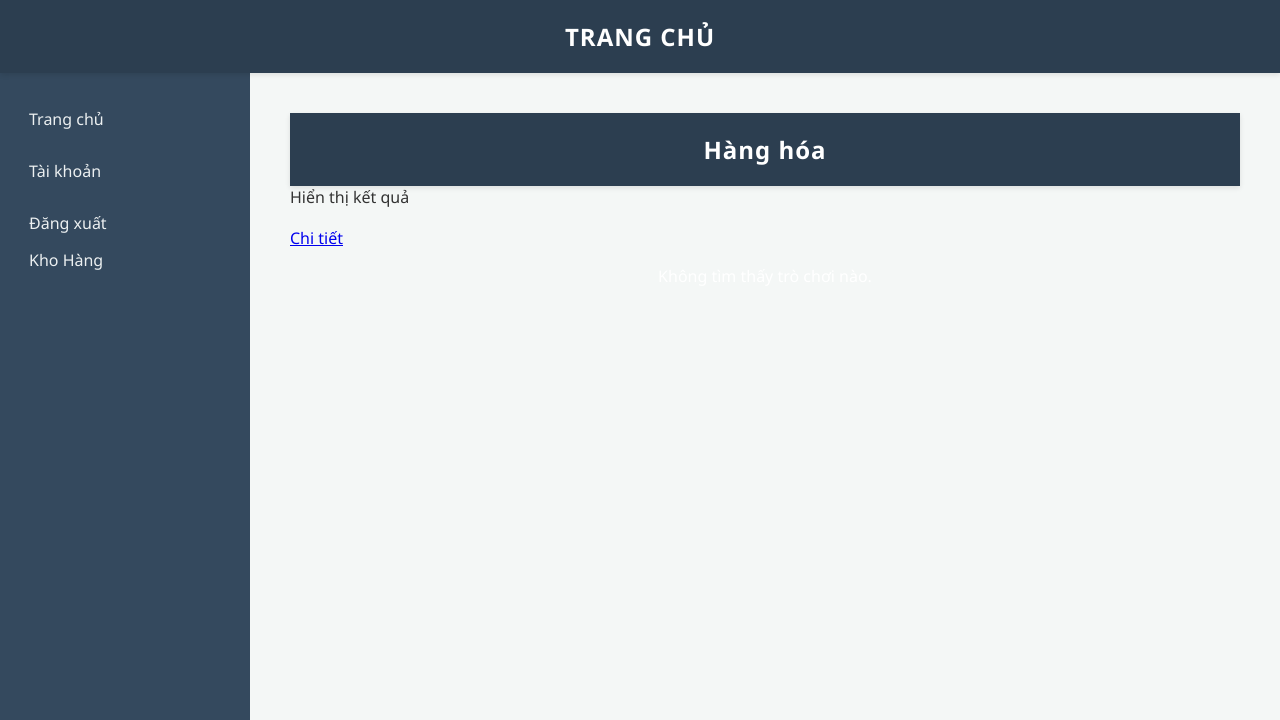
Repository: Chien02/SOAProjects
Page: http://localhost/QuanLyHangHoaWebClient/dashboard.jsp
The author's editor kept a copy of each file at every save. The page is drawn from the files as they stood at one save, then again after a run of saves.
The browser window is 1280 px wide. The pictures show the whole page.
The page is served by Tomcat 9. Nobody is signed in. The application's start-up code is not run. Other server files are loaded and not shown. The template is opened directly, without the code that normally fills it, so the values that code supplies are empty.

Above is the page before, as saved 2026-03-23 17:42:21.

### QuanLyHangHoaWebClient/WebContent/dashboard.jsp
<%@ page language="java" contentType="text/html; charset=UTF-8"
    pageEncoding="UTF-8"%>
<!DOCTYPE html>
<html>
<head>
	<meta charset="UTF-8">
	<title>KHO HANG HOA</title>
	<link rel="stylesheet" href="styles/styles.css">
</head>
<body>
	<h2>TRANG CHỦ</h2>
	<aside>
		<a href="#">Trang chủ</a>
		<a href="userInfo.jsp">Tài khoản</a>
		<a href="customer?action=dangXuat">Đăng xuất</a>
		<c:if test="${customer.laAdmin}">
			<a href="hanghoa?action=inventory">Kho Hàng</a>
		</c:if>
	</aside>
	<main>
		<div class="section-header">
            <h2 class="section-title">Hàng hóa</h2>
            <span class="goods-count">Hiển thị ${goodsList.size()} kết quả</span>
        </div>

		<div class="goods-grid">
    		<c:forEach items="${goodsList}" var="dto">
        		<div class="goods-card">
            		<div class="goods-thumbnail" style="background-image: url('${dto.imageUrl}'); background-size: cover; background-position: center;"></div>
            			<div class="goods-info">
                			<h3 class="goods-title">${dto.ten}</h3>
                				<span class="goods-producer">${dto.nsxuat}</span>
                				<span class="game-price">${dto.donGia}</span>
                			<a href="hangHoa?action=chiTiet&maSo=${dto.maSo}" class="btn-rent">Chi tiết</a>
            			</div>
        		</div>
    		</c:forEach>

    	<c:if test="${empty goodsList}">
        		<p style="color: white; text-align: center; width: 100%;">Không tìm thấy trò chơi nào.</p>
    	</c:if>
	</main>
</body>
</html>

### QuanLyHangHoaWebClient/WebContent/styles/styles.css
/* =========================================
   1. CÀI ĐẶT CHUNG VÀ BỐ CỤC (CSS GRID)
   ========================================= */
body {
    margin: 0;
    padding: 0;
    font-family: 'Segoe UI', Tahoma, Geneva, Verdana, sans-serif;
    background-color: #f4f7f6;
    color: #333;

    /* Thiết lập Grid: 2 cột (Menu 250px, Nội dung phần còn lại) */
    display: grid;
    grid-template-columns: 250px 1fr;
    grid-template-rows: auto 1fr;
    min-height: 100vh;
}

h2 {
    grid-column: 1 / 3; /* Chiếm cả 2 cột */
    background-color: #2c3e50;
    color: #ffffff;
    margin: 0;
    padding: 20px;
    text-align: center;
    letter-spacing: 1px;
    box-shadow: 0 2px 5px rgba(0,0,0,0.1);
    z-index: 10;
}

/* =========================================
   2. TRÌNH ĐƠN BÊN TRÁI (ASIDE)
   ========================================= */
aside {
    background-color: #34495e;
    display: flex;
    flex-direction: column;
    padding-top: 20px;
    box-shadow: 2px 0 5px rgba(0,0,0,0.05);
}

aside a {
    color: #ecf0f1;
    text-decoration: none;
    padding: 15px 25px;
    font-size: 16px;
    border-left: 4px solid transparent;
    transition: all 0.3s ease;
}

aside a:hover {
    background-color: #2c3e50;
    border-left: 4px solid #3498db; /* Hiệu ứng gạch viền xanh khi trỏ chuột */
    padding-left: 30px;
}

/* =========================================
   3. PHẦN NỘI DUNG CHÍNH (MAIN)
   ========================================= */
main {
    padding: 40px;
    background-color: #f4f7f6;
}

main div > p {
    font-size: 16px;
    line-height: 1.8;
    background: #fff;
    padding: 10px 15px;
    border-radius: 5px;
    border-left: 4px solid #3498db;
    margin-bottom: 15px;
    box-shadow: 0 1px 3px rgba(0,0,0,0.05);
}

button {
    background-color: #3498db;
    color: white;
    border: none;
    padding: 12px 24px;
    font-size: 16px;
    border-radius: 5px;
    cursor: pointer;
    font-weight: bold;
    transition: background 0.3s;
    margin-top: 10px;
}

button:hover {
    background-color: #2980b9;
}

/* =========================================
   4. MODAL POPUP (CẬP NHẬT THÔNG TIN)
   ========================================= */
.modal {
    /* Cố định modal phủ kín toàn màn hình */
    position: fixed;
    z-index: 1000;
    left: 0;
    top: 0;
    width: 100%;
    height: 100%;
    background-color: rgba(0, 0, 0, 0.6); /* Nền đen mờ 60% */
}

.modal-content {
    background-color: #ffffff;
    margin: 8% auto; /* Cách top 8% và tự động căn giữa ngang */
    padding: 30px 40px;
    border-radius: 8px;
    width: 90%;
    max-width: 450px; /* Độ rộng tối đa của form */
    box-shadow: 0 5px 15px rgba(0,0,0,0.3);
    position: relative;
    animation: fadeIn 0.3s ease; /* Hiệu ứng trượt hiện ra nhẹ nhàng */
}

/* Nút X đóng modal */
.close-btn {
    font-size: 28px;
    font-weight: bold;
    color: #aaa;
    position: absolute;
    top: 15px;
    right: 20px;
    transition: color 0.2s;
}

.close-btn:hover {
    color: #e74c3c;
}

/* =========================================
   5. STYLE CHO FORM TRONG MODAL
   ========================================= */
form {
    display: flex;
    flex-direction: column;
}

form label {
    font-weight: bold;
    margin-top: 15px;
    margin-bottom: 5px;
    color: #2c3e50;
}

form input[type="text"] {
    padding: 12px;
    border: 1px solid #ccc;
    border-radius: 4px;
    font-size: 15px;
    outline: none;
    transition: border 0.3s;
}

form input[type="text"]:focus {
    border-color: #3498db;
    box-shadow: 0 0 5px rgba(52, 152, 219, 0.3);
}

/* Hiệu ứng hoạt hình nhỏ khi bật modal */
@keyframes fadeIn {
    from { opacity: 0; transform: translateY(-20px); }
    to { opacity: 1; transform: translateY(0); }
}

After the next 2 saves:
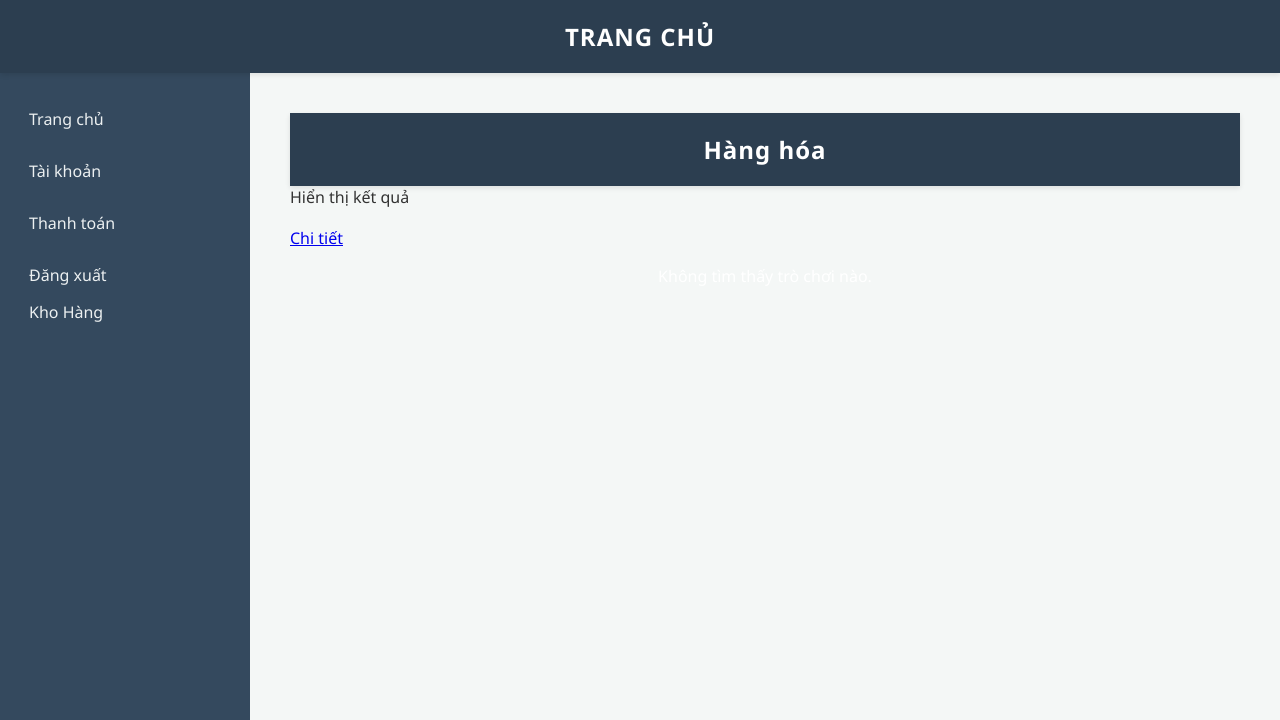
The 2 saves are shown as one change because they came seconds apart.
The last was saved 30 s later.
--- a/QuanLyHangHoaWebClient/WebContent/dashboard.jsp
+++ b/QuanLyHangHoaWebClient/WebContent/dashboard.jsp
@@ -12,6 +12,7 @@
 	<aside>
 		<a href="#">Trang chủ</a>
 		<a href="userInfo.jsp">Tài khoản</a>
+		<a href="invoice?action=payment">Thanh toán</a>
 		<a href="customer?action=dangXuat">Đăng xuất</a>
 		<c:if test="${customer.laAdmin}">
 			<a href="hanghoa?action=inventory">Kho Hàng</a>
